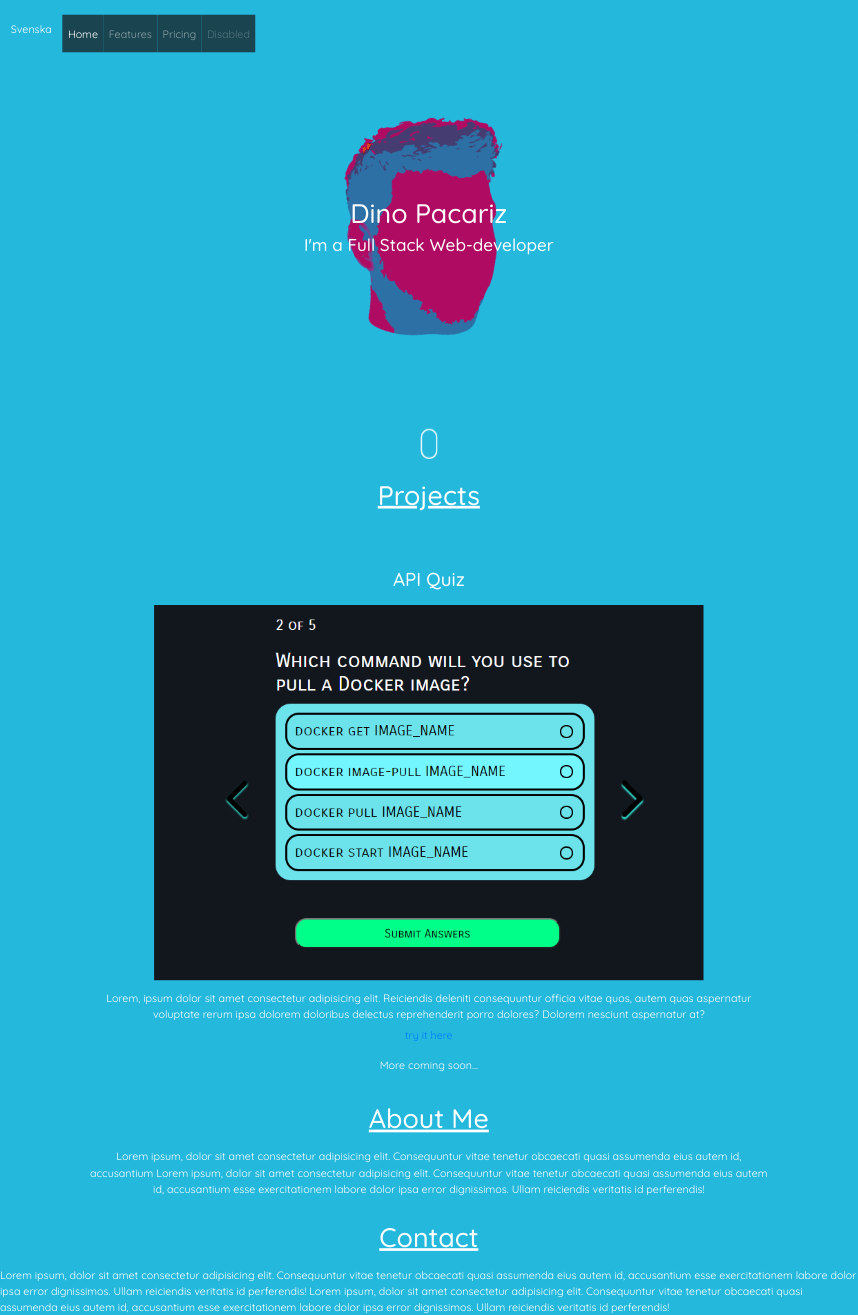
Repository: ImDino/Portfolio
Page: index.html
The author's editor kept a copy of each file at every save. The page is drawn from the files as they stood at one save, then again after the next save.
The browser window is 1280 px wide. The pictures show the whole page, at 67% of full size.
Some web libraries are served in a nearby version. The style sheet was rebuilt from its Sass, Less or Tailwind sources for each picture, by a compiler version that may differ from the author's.

Above is the page before, as saved 2020-11-06 14:42:01.
Console error: TypeError: Cannot read properties of null (reading 'addLabel')

### index.html
<!DOCTYPE html>
<html lang="en">
<head>
    <meta charset="UTF-8">
    <meta name="viewport" content="width=device-width, initial-scale=1.0">
    <link rel="stylesheet" href="https://cdn.jsdelivr.net/npm/bootstrap@4.5.3/dist/css/bootstrap.min.css" integrity="sha384-TX8t27EcRE3e/ihU7zmQxVncDAy5uIKz4rEkgIXeMed4M0jlfIDPvg6uqKI2xXr2" crossorigin="anonymous">
    <link href="https://fonts.googleapis.com/css2?family=Josefin+Sans&display=swap" rel="stylesheet">
    <link href="https://fonts.googleapis.com/css2?family=Quicksand:wght@300;400;500;600;700&display=swap" rel="stylesheet">
    <link href="https://fonts.googleapis.com/css2?family=Raleway:wght@100;200;300;500;600;700;900&display=swap" rel="stylesheet">



    <script src="https://code.jquery.com/jquery-3.5.1.slim.min.js" integrity="sha384-DfXdz2htPH0lsSSs5nCTpuj/zy4C+OGpamoFVy38MVBnE+IbbVYUew+OrCXaRkfj" crossorigin="anonymous"></script>
    <script src="https://cdn.jsdelivr.net/npm/bootstrap@4.5.3/dist/js/bootstrap.bundle.min.js" integrity="sha384-ho+j7jyWK8fNQe+A12Hb8AhRq26LrZ/JpcUGGOn+Y7RsweNrtN/tE3MoK7ZeZDyx" crossorigin="anonymous"></script>
    <script src="https://cdnjs.cloudflare.com/ajax/libs/gsap/3.5.1/gsap.min.js"></script>
    <script src="https://cdnjs.cloudflare.com/ajax/libs/gsap/3.5.1/ScrollTrigger.min.js" integrity="sha512-wK2NuxEyN/6s53M8G7c6cRUXvkeV8Uh5duYS06pAdLq4ukc72errSIyyGQGYtzWEzvVGzGSWg8l79e0VkTJYPw==" crossorigin="anonymous"></script>
    <script src="https://cdnjs.cloudflare.com/ajax/libs/gsap/3.5.1/ScrollToPlugin.min.js" integrity="sha512-nTHzMQK7lwWt8nL4KF6DhwLHluv6dVq/hNnj2PBN0xMl2KaMm1PM02csx57mmToPAodHmPsipoERRNn4pG7f+Q==" crossorigin="anonymous"></script>
    <script src="/js/main.js"></script>


    <link rel="stylesheet" href="css/main.css">
    <title>Dino's Portfolio</title>
</head>
<body>

  <nav id='navbar'class="navbar navbar-expand-lg navbar-dark bg-light">
    <!-- <a class="navbar-brand" href="#">Navbar</a> -->
    <a class="navbar-brand" id='language' href="#">Svenska</a>
    <button id='nav-button'class="navbar-toggler" type="button" data-toggle="collapse" data-target="#navbarNav" aria-controls="navbarNav" aria-expanded="false" aria-label="Toggle navigation">
      <span class="navbar-toggler-icon"></span>
      <img src='/img/hamburger-menu-1.png' id='page-1-nav' class='page-nav' alt="">
      <img src='/img/hamburger-menu-2.png' id='page-2-nav' class='page-nav' alt="">
      <img src='/img/hamburger-menu-3.png' id='page-3-nav' class='page-nav' alt="">
    </button>
    <div class="collapse navbar-collapse" id="navbarNav">
      <ul class="navbar-nav">
        <li class="nav-item active">
          <a class="nav-link" href="#">Home <span class="sr-only">(current)</span></a>
        </li>
        <li class="nav-item">
          <a class="nav-link" href="#">Features</a>
        </li>
        <li class="nav-item">
          <a class="nav-link" href="#">Pricing</a>
        </li>
        <li class="nav-item">
          <a class="nav-link disabled" href="#" tabindex="-1" aria-disabled="true">Disabled</a>
        </li>
      </ul>
    </div>
    </nav>
    <div id='home-page'>
        <div id='home-text'>
            <h1>Dino Pacariz</h1>
            <h3>I'm a Full Stack Web-developer</h3>
          </div>
          <div id='face'>
          </div>
    </div>
    <div id='pseudo-div'></div>
    <div class="mouse">
      <div class="mouse-icon">
        <span class="mouse-wheel"></span>
      </div>
    </div>
    <div id='projects-page' class='teaser teaser--animated page1'>
      <div id='header-parent'>
        <div class='main-tool-bar'><h1>Projects</h1></div>
      </div>
      <div class='project'>
        <h3 class='header'>API Quiz</h3>
        <div class='image-wrap'>
          <img src="img/apiquiz.png" alt="">
        </div>
        <span>Lorem, ipsum dolor sit amet consectetur adipisicing elit. Reiciendis deleniti consequuntur officia vitae quos, autem quas aspernatur voluptate rerum ipsa dolorem doloribus delectus reprehenderit porro dolores? Dolorem nesciunt aspernatur at?</span>
        <a href="#"><span>try it here</span></a>
      </div>
      <span>More coming soon...</span>
    </div>
    <div id='about-page'>
      <div id='header-parent'>
        <div class='main-tool-bar'>
          <h1>About Me</h1>
        </div>
      </div>
      <div>
        <span>
          Lorem ipsum, dolor sit amet consectetur adipisicing elit. Consequuntur vitae tenetur obcaecati quasi assumenda eius autem id, accusantium Lorem ipsum, dolor sit amet consectetur adipisicing elit. Consequuntur vitae tenetur obcaecati quasi assumenda eius autem id, accusantium esse exercitationem labore dolor ipsa error dignissimos. Ullam reiciendis veritatis id perferendis!
        </span>
      </div>
    </div>
    <div id='contact-page'>
      <div id='header-parent'>
        <div class='main-tool-bar'>
          <h1>Contact</h1>
        </div>
      </div>
      <div>
        <span>
          Lorem ipsum, dolor sit amet consectetur adipisicing elit. Consequuntur vitae tenetur obcaecati quasi assumenda eius autem id, accusantium esse exercitationem labore dolor ipsa error dignissimos. Ullam reiciendis veritatis id perferendis!
          Lorem ipsum, dolor sit amet consectetur adipisicing elit. Consequuntur vitae tenetur obcaecati quasi assumenda eius autem id, accusantium esse exercitationem labore dolor ipsa error dignissimos. Ullam reiciendis veritatis id perferendis!
        </span>
      </div>
    </div>
</body>
</html>

### js/main.js
document.addEventListener('DOMContentLoaded', () => {
    gsap.from("#home-text", {duration: 1, x: -1000});
    gsap.from("#face", {duration: 1, opacity: 0});
    gsap.from("#face", {clearProps: 'all', duration: 1, x:100});
    TweenLite.from('#face', {y:20, ease:Linear.easeNone});




    let header = document.getElementsByClassName('header')[0];
    // console.log(header)
    let tl2 = gsap.timeline({
        // yes, we can add it to an entire timeline!
        scrollTrigger: {
            trigger: header,
            // pin: true,   // pin the trigger element while active
            start: "bottom bottom", // when the top of the trigger hits the top of the viewport
            end: "+=100", // end after scrolling 500px beyond the start
            scrub: 1, // smooth scrubbing, takes 1 second to "catch up" to the scrollbar
            snap: {
                snapTo: "labels", // snap to the closest label in the timeline
                duration: {min: 0.2, max: 1}, // the snap animation should be at least 0.2 seconds, but no more than 3 seconds (determined by velocity)
                delay: 0.2, // wait 0.2 seconds from the last scroll event before doing the snapping
                // ease: "power1.inOut", // the ease of the snap animation ("power3" by default)
                overwrite: 'auto'
            }
        }
    });


    let custom = gsap.timeline({
        // yes, we can add it to an entire timeline!
        scrollTrigger: {
            // trigger: header,
            // pin: true,   // pin the trigger element while active
            start: "bottom bottom", // when the top of the trigger hits the top of the viewport
            end: "+=100", // end after scrolling 500px beyond the start
            scrub: 1, // smooth scrubbing, takes 1 second to "catch up" to the scrollbar
            // snap: {
            //     snapTo: "labels", // snap to the closest label in the timeline
            //     duration: {min: 0.2, max: 1}, // the snap animation should be at least 0.2 seconds, but no more than 3 seconds (determined by velocity)
            //     delay: 0.2, // wait 0.2 seconds from the last scroll event before doing the snapping
            //     // ease: "power1.inOut", // the ease of the snap animation ("power3" by default)
            //     overwrite: 'auto'
            // }
            // onToggle: self => console.log('hej')
        }
    });

    let language = gsap.timeline({
        // yes, we can add it to an entire timeline!
        scrollTrigger: {
            // trigger: header,
            // pin: true,   // pin the trigger element while active
            start: "bottom bottom", // when the top of the trigger hits the top of the viewport
            end: "+=20", // end after scrolling 500px beyond the start
            scrub: 1, // smooth scrubbing, takes 1 second to "catch up" to the scrollbar
            // snap: {
            //     snapTo: "labels", // snap to the closest label in the timeline
            //     duration: {min: 0.2, max: 1}, // the snap animation should be at least 0.2 seconds, but no more than 3 seconds (determined by velocity)
            //     delay: 0.2, // wait 0.2 seconds from the last scroll event before doing the snapping
            //     // ease: "power1.inOut", // the ease of the snap animation ("power3" by default)
            //     overwrite: 'auto'
            // }
            onToggle: self => console.log('language')
        }
    });

    let nav1 = gsap.timeline({
        // yes, we can add it to an entire timeline!
        scrollTrigger: {
            // trigger: header,
            // pin: true,   // pin the trigger element while active
            start: "bottom bottom", // when the top of the trigger hits the top of the viewport
            end: "+=20", // end after scrolling 500px beyond the start
            scrub: 1, // smooth scrubbing, takes 1 second to "catch up" to the scrollbar
            // snap: {
            //     snapTo: "labels", // snap to the closest label in the timeline
            //     duration: {min: 0.2, max: 1}, // the snap animation should be at least 0.2 seconds, but no more than 3 seconds (determined by velocity)
            //     delay: 0.2, // wait 0.2 seconds from the last scroll event before doing the snapping
            //     // ease: "power1.inOut", // the ease of the snap animation ("power3" by default)
            //     overwrite: 'auto'
            // }
            onToggle: self => console.log('nav1')
        }
    });

    let about = document.getElementById('about-page')

    let nav2 = gsap.timeline({
        // yes, we can add it to an entire timeline!
        scrollTrigger: {
            trigger: 'about',
            // pin: true,   // pin the trigger element while active
            start: "bottom bottom", // when the top of the trigger hits the top of the viewport
            end: "+=100", // end after scrolling 500px beyond the start
            scrub: 1, // smooth scrubbing, takes 1 second to "catch up" to the scrollbar
            // snap: {
            //     snapTo: "labels", // snap to the closest label in the timeline
            //     duration: {min: 0.2, max: 1}, // the snap animation should be at least 0.2 seconds, but no more than 3 seconds (determined by velocity)
            //     delay: 0.2, // wait 0.2 seconds from the last scroll event before doing the snapping
            //     // ease: "power1.inOut", // the ease of the snap animation ("power3" by default)
            //     overwrite: 'auto'
            // }
            onToggle: self => console.log('nav2')
        }
    });

    let contact = document.getElementById('contact-page')

    let nav3 = gsap.timeline({
        // yes, we can add it to an entire timeline!
        scrollTrigger: {
            trigger: 'contact',
            // pin: true,   // pin the trigger element while active
            start: "bottom bottom", // when the top of the trigger hits the top of the viewport
            end: "+=100", // end after scrolling 500px beyond the start
            scrub: 1, // smooth scrubbing, takes 1 second to "catch up" to the scrollbar
            // snap: {
            //     snapTo: "labels", // snap to the closest label in the timeline
            //     duration: {min: 0.2, max: 1}, // the snap animation should be at least 0.2 seconds, but no more than 3 seconds (determined by velocity)
            //     delay: 0.2, // wait 0.2 seconds from the last scroll event before doing the snapping
            //     // ease: "power1.inOut", // the ease of the snap animation ("power3" by default)
            //     overwrite: 'auto'
            // }
            onToggle: self => console.log('nav2')
        }
    });

    let scroll_icon = document.getElementById('scroll-icon')

    let scroll = gsap.timeline({
        // yes, we can add it to an entire timeline!
        scrollTrigger: {
            trigger: 'scroll_icon',
            // pin: true,   // pin the trigger element while active
            start: "bottom bottom", // when the top of the trigger hits the top of the viewport
            end: "+=100", // end after scrolling 500px beyond the start
            scrub: 1, // smooth scrubbing, takes 1 second to "catch up" to the scrollbar
            // snap: {
            //     snapTo: "labels", // snap to the closest label in the timeline
            //     duration: {min: 0.2, max: 1}, // the snap animation should be at least 0.2 seconds, but no more than 3 seconds (determined by velocity)
            //     delay: 0.2, // wait 0.2 seconds from the last scroll event before doing the snapping
            //     // ease: "power1.inOut", // the ease of the snap animation ("power3" by default)
            //     overwrite: 'auto'
            // }
            onToggle: self => console.log('nav2')
        }
    });
    language.addLabel('language').to('#language', {opacity:0})
    language.addLabel('language').to('#language', {x:-100})
    nav1.addLabel('nav1').from('#page-1-nav', {opacity:0})
    nav2.addLabel('nav2').from('#page-2-nav', {opacity:0})
    nav3.addLabel('nav3').from('#page-3-nav', {opacity:0})
    scroll_icon.addLabel('scroll-icon').to('#scroll-icon', {opacity:0})

    // tl.addLabel("start")
    // .from("#projects-page", {scale: 0.3, autoAlpha: 0})
    // .from("#projects-page2", {scale: 0.3, autoAlpha: 0})
    // .addLabel("color")

    // tl.addLabel("start")

    // tl2.addLabel("start")
    //     .to("#projects-page", {y: -100})
    //     .to(header, {y: -100})
    // .to(header, {opacity: 0})


    // let nav_button = document.getElementById('nav-button');
    // let navbar = document.getElementById('navbar');
    // console.log(nav_button)
    // console.log(navbar)

    // nav_button.addEventListener('click', ()=> {
    //     if (!navbar.hasAttribute('toggled')) {
    //         navbar.setAttribute('toggled' ,'')
    //         navbar.classList.add('navbar-toggled')
    //     } else {
    //         console.log('hej')
    //         navbar.removeAttribute('toggled')
    //         navbar.classList.remove('navbar-toggled')
    //     }
    // })


        gsap.registerPlugin(ScrollTrigger);
        gsap.registerPlugin(ScrollToPlugin);

        const button = document.querySelector(".toggle-page");
        const page1 = document.querySelector(".page1");
        // const page2 = document.querySelector(".page2");


        /**
         * Reset page.
         * => Kills existing scroll trigger.
         */
        const resetPage = () => {
          console.log("💣 Reset page");

          console.log("Killing triggers");
          ScrollTrigger.getAll().forEach(st => st.kill());
        };

        /**
         * Initialize the page.
         * Creates the scroll trigger.
         */
        const initPage = (activePage) => {
          const teasers = activePage.querySelectorAll(".teaser--animated");

          gsap.utils.toArray(teasers).forEach((teaser, i) => {
            ScrollTrigger.create({
              markers: true,
              trigger: teaser,
              start: "top center",
              end: "bottom center",
              toggleClass: "teaser--in-view",
              onEnter: () => scrollToElementCenter(teaser)
            });
          });
        };

        /**
         * Scroll to center of given element.
         */
        const scrollToElementCenter = (el) => {
          console.log("scroll to element center");

          // Calculate offset to put the element in the center.
          const offsetY = (window.innerHeight - el.offsetHeight) / 2;

          gsap.to(window, {
            duration: 1,
            scale: 0.5,
            scrollTo: {
              y: el,
              offsetY: offsetY,
              autoKill: false
            }
          });
        };

        /**
         * Add event listener to toggle between pages
         * via button.
         */

        // button.addEventListener("click", () => {
        //   page1.classList.toggle("page--visible");
        //   page2.classList.toggle("page--visible");

        //   resetPage();

        //   // Init page that is now active.
        //   if (page1.classList.contains("page--visible")) {
        //     initPage(page1);
        //   } else if (page2.classList.contains("page--visible")) {
        //     initPage(page2);
        //   }
        // });

        /**
         * Init page on load.
         */
        (function () {
          initPage(page1);
        })();













        // localStorage.clear()

    /*:::::::START:::::::::
    ::: Refresh Counter :::
    :::::::::::::::::::::*/

    // if(localStorage.getItem('refreshCount') == null) {
    //     localStorage.setItem('refreshCount', 1);
    // } else {
    //     let  localRefreshCount = localStorage.getItem('refreshCount')
    //     localRefreshCount++;
    //     localStorage.setItem('refreshCount', localRefreshCount);
    // }
    // if (parseInt(localStorage.getItem('refreshCount')) > 10) {
    //     localStorage.setItem('refreshCount', 1);
    // }
    // console.log('RefreshCount: '+localStorage.getItem('refreshCount'))


    /*::::::::END::::::::::
    ::: Refresh Counter :::
    :::::::::::::::::::::*/
})

### scss/main.scss
*{
    margin: 0;
    padding: 0;
    font-family: 'Quicksand', sans-serif;
}

html, body {
    height: 100%;
    // width: 100%;
    // overflow-x: hidden;
}

body {
    background-color: #24b8dd !important;
    color: white;
}

#pseudo-div {
    width: 100%;
    height: 100%;
    margin-bottom: -80px;
}


.navbar {
    background-color: #24b8dd00 !important;
    // background-color: #24b8dd !important;
    color: white;
    position: fixed;
    top: 0;
    width: 100%;
    // z-index: 1;
    // margin: 0; //! behövs för att hamburger listan ska få 100 width
    // padding: 0; //! behövs för att hamburger listan ska få 100 width

}

.navbar-toggler {
    border: none;
}
.navbar-toggler:focus {
    outline: none;
}

.navbar-brand {
    font-size: medium;
}

.nav-item {
    background-color: #1a4550;
    line-height: 2.5em;
    text-align: center;
}

#navbarNav {
    margin-top: 2vh;
}

.navbar-toggled {
    background-color: #24b8dd !important;
}

#home-page {
    padding-top: 170px;
    position: absolute;
    top: 0;
    bottom: 0;
    left: 0;
    right: 0;
    z-index: -1;
    margin-bottom: 18vh;
    background-size: 200%;
    background-blend-mode: luminosity;
    display: flex;
    justify-content: center;
    align-items: center;

    h1 {
        text-align: center;
    }
    h3 {
        text-align: center;
        font-size: 1.6em;
        margin-bottom: 12vh;
    }
    overflow: hidden;
}

#header-parent {
    height: 47.5px;
    display: block;
    display: flex;
    flex-direction: column;
    align-items: center;
    margin-bottom: 3vh;
    margin-top: 5vh;
    h1 {
        text-decoration: underline;
    }
}

#face {
    position: absolute;
    top: 0;
    bottom: 0;
    left: 0;
    right: 0;
    overflow: hidden;
    // margin-bottom: 28vh;
    margin-bottom: 12vh;
    background: url('/img/vectorFace4.png') no-repeat;
    background-color: #24b8dd;
    z-index: -2;
    margin-left: -25px;
    background-blend-mode: difference;
    background-size: 35vh;
    background-position: center bottom;
    -webkit-transform: rotate(-10deg);
    -moz-transform: rotate(-10deg);
    -ms-transform: rotate(-10deg);
    -o-transform: rotate(-10deg);
    transform: rotate(-10deg);
}

.main-tool-bar {
    margin-right: 0;
    text-align: center;
}

.main-tool-bar--scrolled {
    position: fixed;
    top: 200px;

}

.navbar-toggler-icon {
    position: relative;
    z-index: -1 !important;
}

#page-1-nav {
    position: absolute;
    top: 1px;
    right: 31.1px;
    height: 20px;
    width: 24px;
    background-position: top right;
}

#page-2-nav {
    position: absolute;
    top: 17px;
    right: 31.1px;
    height: 20px;
    width: 24px;
    background-position: top right;
}
#page-3-nav {
    position: absolute;
    top: 33px;
    right: 31.1px;
    height: 20px;
    width: 24px;
    background-position: top right;
}
.project {
    display: flex;
    flex-direction: column;
    align-self: center;
    width: 80%;
    *{
        width: 100%;
        // height: 110%;
    }
}

.header {
    margin-bottom: 3vh !important;
}

#projects-page {
    display: flex;
    flex-direction: column;

    *{
        display: flex;
        justify-content: center;
        margin-bottom: 1vh;
        text-align: center;
    }
    span {
        width: 100%;
    }



    h3 {
        margin-top: 10vh;
        margin-bottom: 0;
        padding-bottom: 0;
    }


}

.image-wrap {
    width: 100%;


    img {
        width: 80%;
    }
}

#about-page {
    // margin-top: 10vh;
    display: flex;
    flex-direction: column;
    align-items: center;

    * {

        text-align: center;
    }
    div {
        width: 80%;
        // width: 100%;
    }
}

#contact-page {
    margin-bottom: 30vh;
}




.mouse{
//   margin: 50px auto;
  width: 100%;
//   position: absolute;
//   bottom: 0;
  display: flex;
  justify-content: center;

}.mouse-icon{
   width: 25px;
   height: 45px;
   border: 2px solid white;
   border-radius: 15px;
   cursor: pointer;
   position: relative;
   text-align: center;
}.mouse-wheel{
  height: 10px;
  margin: 6px auto;
  display: block;
  width: 10px;
  background-color: white;
  border-radius: 50%;
  -webkit-animation: 1.6s ease infinite wheel-up-down;
 -moz-animation: 1.6s ease infinite wheel-up-down;
  animation: 1.5s ease infinite wheel-up-down;
}
@-webkit-keyframes wheel-up-down {
	0% {
	    margin-top: 5px;
	    opacity: 0;
	}
	30% {
	    opacity: 1;
	}
	100% {
	    margin-top: 25px;
	    opacity: 0;
	}
}@-moz-keyframes wheel-up-down {
	0% {
	    margin-top: 25px;
	    opacity: 0;
	}
	30% {
	    opacity: 1;
	}
	100% {
	    margin-top: 5px;
	    opacity: 0;
	}
}@keyframes wheel-up-down {
	0% {
	    margin-top: 25px;
	    opacity: 0;
	}
	30% {
	    opacity: 1;
	}
	100% {
	    margin-top: 5px;
	    opacity: 0;
	}
}

/* //TODO
1. Darkmode, ställa in särskilda färger IFALL man är i darkmode? UX baby.

*/

After the next save:
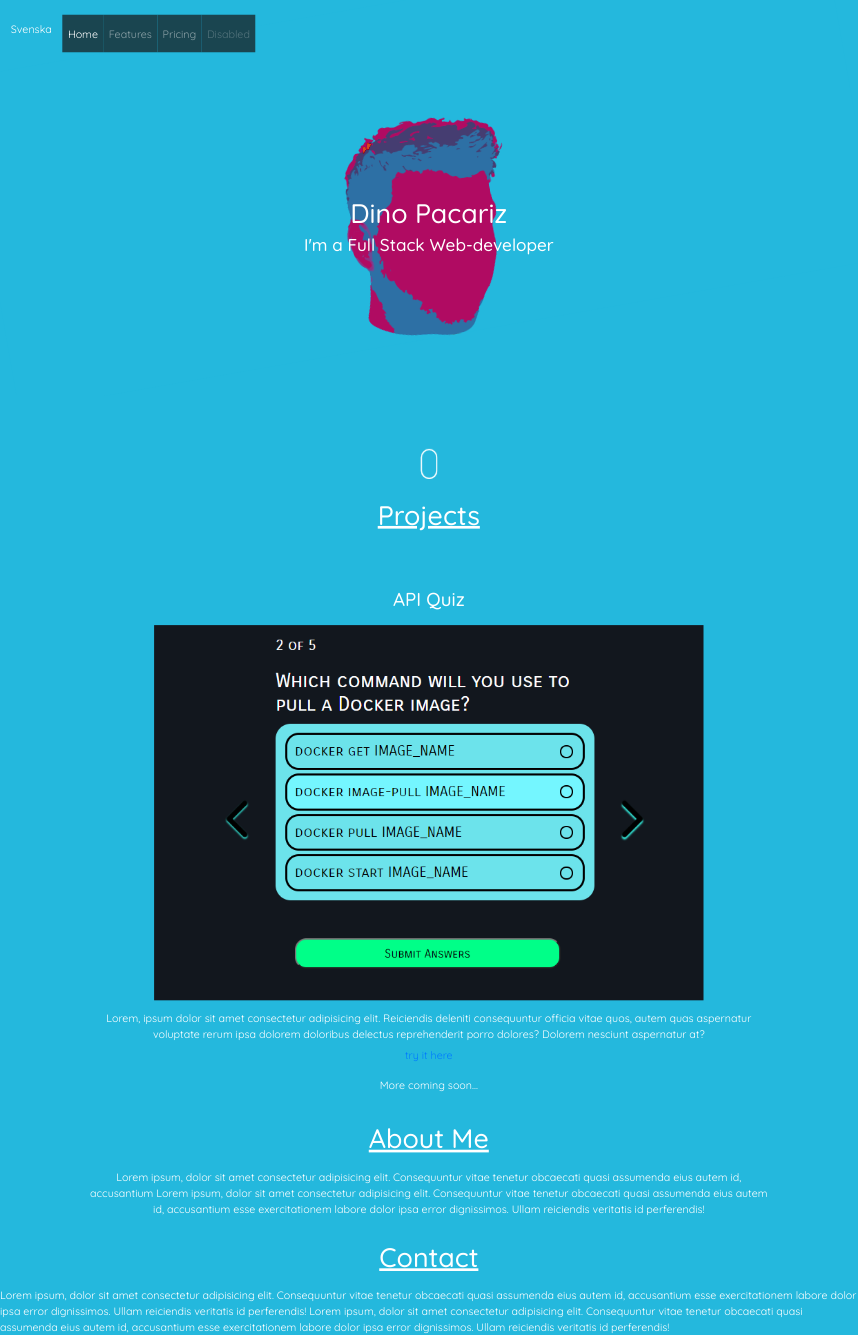
Saved 15 s later.
--- a/scss/main.scss
+++ b/scss/main.scss
@@ -18,7 +18,7 @@ body {
 #pseudo-div {
     width: 100%;
     height: 100%;
-    margin-bottom: -80px;
+    margin-bottom: -50px;
 }
 
 
